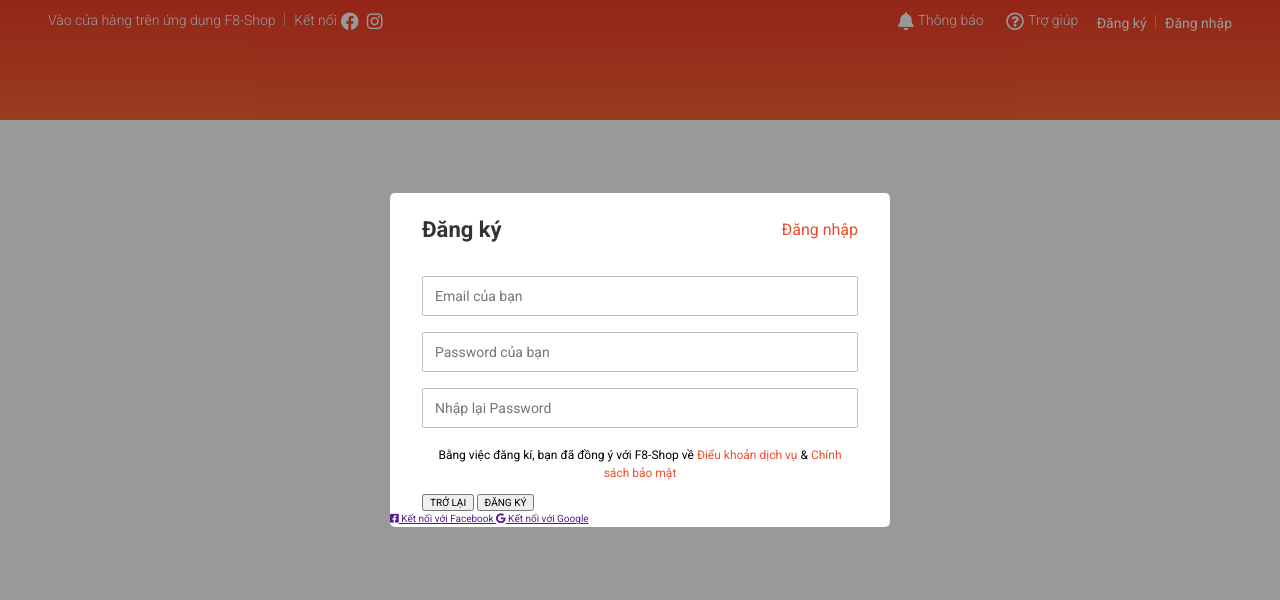
Repository: tvhoangit/tvhoangit.github.io
Page: Shoppe/index.html
The author's editor kept a copy of each file at every save. The page is drawn from the files as they stood at one save, then again after the next save.
The browser window is 1280 px wide. The pictures show the whole page.

Above is the page before, as saved 2021-10-17 11:18:34.

### Shoppe/index.html
<!DOCTYPE html>
<html lang="en">
<head>
    <meta charset="UTF-8">
    <meta http-equiv="X-UA-Compatible" content="IE=edge">
    <meta name="viewport" content="width=device-width, initial-scale=1.0">
    <title>Document</title>
    <link rel="stylesheet" href="https://cdnjs.cloudflare.com/ajax/libs/normalize/8.0.1/normalize.min.css">
    <link rel="stylesheet" href="./assets/css/base.css">
    <link rel="stylesheet" href="./assets/css/main.css">
    <link rel="stylesheet" href="./assets/fonts/fontawesome-free-5.15.4-web/fontawesome-free-5.15.4-web/css/all.min.css">
    <link href="https://fonts.googleapis.com/css2?family=Open+Sans&family=Roboto:wght@300;400;500;700;900&display=swap" rel="stylesheet">
</head>
<body>

    <div class="app">
        <header class="header">
            <div class="grid">
                <nav class="header__navbar">
                    <ul class="header__navbar-list">
                        <li class="header__navbar-item header__navbar-item--qr header__navbar-item--separate">
                            Vào cửa hàng trên ứng dụng F8-Shop
                            <div class="header__qr">
                                <img src="./assets/img/QR.png" alt="QR code" class="header__qr-img">
                                <div class="header__qr-apps">
                                    <a href="" class="header__qr-link">
                                        <img src="./assets/img/gg_play.jpg" alt="GG Play" class="header__qr-dowload-img">
                                    </a>
                                    <a href="" class="header__qr-link">
                                        <img src="./assets/img/apstore.jpg" alt="ApStore" class="header__qr-dowload-img">
                                    </a>
                                </div>
                            </div>
                        </li>
                        <li class="header__navbar-item">
                            <span class="header__navbar-title--no-pointer">Kết nối</span>
                            <a href="" class="header__navbar-icon-link">
                                <i class="header__navbar--icon fab fa-facebook"></i>
                            </a>
                            <a href="" class="header__navbar-icon-link">
                                <i class="header__navbar--icon fab fa-instagram"></i>
                            </a>
                        </li>
                    </ul>

                    <ul class="header__navbar-list">
                        <li class="header__navbar-item header__navbar-item--has-notify">
                            <i class="header__navbar--icon fas fa-bell"></i>
                            <a href="" class="header__navbar-item-link">Thông báo</a>
                            <div class="header__notify">
                                <header class="header__notify--header">
                                    <h3>Thông báo mới nhận</h3>
                                </header>
                                <ul class="header__notify-list">
                                    <li class="header__notify-item header__notify-item--viewed">
                                        <a href="" class="header__notify-link">
                                            <span>
                                                <img src="./assets/img/myphamohui.png" alt="" class="header__notify-img">
                                            </span>
                                            <div class="header__notify-info">
                                                <span class="header__notify-name">Mỹ phẩm Ohui chính hãng</span>
                                                <span class="header__notify-description">Mô tả</span>
                                            </div>
                                        </a>
                                    </li>
                                    <li class="header__notify-item">
                                        <a href="" class="header__notify-link">
                                            <span>
                                                <img src="./assets/img/myphamohui.png" alt="" class="header__notify-img">
                                            </span>
                                            <div class="header__notify-info">
                                                <span class="header__notify-name">Mỹ phẩm Ohui chính hãng</span>
                                                <span class="header__notify-description">Mô tả</span>
                                            </div>
                                        </a>
                                    </li>
                                    <li class="header__notify-item">
                                        <a href="" class="header__notify-link">
                                            <span>
                                                <img src="./assets/img/myphamohui.png" alt="" class="header__notify-img">
                                            </span>
                                            <div class="header__notify-info">
                                                <span class="header__notify-name">Mỹ phẩm Ohui chính hãng</span>
                                                <span class="header__notify-description">Mô tả</span>
                                            </div>
                                        </a>
                                    </li>
                                </ul>
                                <div class="header__notify-footer">
                                    <a href="" class="header__notify-footer-btn">Xem tất cả</a>
                                </div>
                            </div>
                        </li>
                        <li class="header__navbar-item">
                            <i class="header__navbar--icon far fa-question-circle"></i>
                            <a href="" class="header__navbar-item-link">Trợ giúp</a>
                        </li>
                        <li class="header__navbar-item header__navbar-item--strong header__navbar-item--separate">Đăng ký</li>
                        <li class="header__navbar-item header__navbar-item--strong">Đăng nhập</li>
                    </ul>
                </nav>
            </div>
        </header>
    </div>
    <div class="container">


    </div>
    <div class="footer">

    </div>


    <!-- Form Đăng ký đăng nhập -->
    <div class="modal">
        <div class="modal__overlay">

        </div>
        <div class="modal__body">
                <!-- authen form -->
            <div class="auth-form">
                <div class="auth-form__container">
                    <div class="auth-form__header">
                        <h3 class="auth-form__heading">Đăng ký</h3>
                        <span class="auth-form__switch-btn">Đăng nhập</span>
                    </div>
                    <div class="auth-form__form">
                        <div class="auth-form__group">
                            <input type="text" class="auth-form__input" placeholder="Email của bạn">
                        </div>
                        <div class="auth-form__group">
                            <input type="password" class="auth-form__input" placeholder="Password của bạn">
                        </div>
                        <div class="auth-form__group">
                            <input type="password" class="auth-form__input" placeholder="Nhập lại Password">
                        </div>
                    </div>
                    <div class="auth-form__aside">
                        <p class="auth-form__policy-text">
                            Bằng việc đăng kí, bạn đã đồng ý với F8-Shop về
                            <a href="" class="auth-form__text-link">Điểu khoản dịch vụ </a>&
                            <a href="" class="auth-form__text-link">Chính sách bảo mật</a>
                        </p>
                    </div>
                    <div class="auth-form__controls">
                        <button class="btn">TRỞ LẠI</button>
                        <button class="btn btn--primary">ĐĂNG KÝ</button>
                    </div>
                </div>
                <div class="auth-form__socials">
                    <a href="" class="btn btn--width-icon">
                        <i class="fab fa-facebook-square"></i>
                        Kết nối với Facebook
                    </a>
                    <a href="" class="btn btn--width-icon">
                        <i class="fab fa-google"></i>
                        Kết nối với Google
                    </a>
                </div>
            </div>
        </div>
    </div>

</body>
</html>

### Shoppe/assets/css/base.css
:root{
    --primary-color: #EE4D2D;
    --white-color: #fff;
    --black-color: #000;
    --text-color: #333;
    --border-color: #bdbdbd;
}

*{
    box-sizing: inherit;
}

html{
    font-size: 62.5%;
    line-height: 1.6rem;
    font-family: 'Roboto', sans-serif;
    box-sizing: border-box;
}

.grid{
    width: 1200px;
    max-width: 100%;
    margin: 0 auto;
}

.grid__full-width{
    width: 100%;
}

.grid__row{
    display: flex;
    flex-wrap: wrap;
}

/* Animation */
@keyframes fadeIn {
    from {
        opacity: 0;
    }
    to {
        opacity: 1;
    }
}
/* Modal */
.modal {
    position: fixed;
    top: 0;
    right: 0;
    bottom: 0;
    left: 0;
    display: flex;
}
.modal__overlay {
    position: absolute;
    width: 100%;
    height: 100%;
    background-color: rgba(0, 0, 0, 0.4);
}
.modal__body {
    background-color: var(--white-color);
    margin: auto;
    position: relative;
    z-index: 1;
    border-radius: 5px;
}

### Shoppe/assets/css/main.css
.header {
    height: 120px;
    background-image: linear-gradient(0, #fe6433, #f53e28);
}
.header__navbar {
    display: flex;
    justify-content: space-between;
    padding-top: 8px;
}
.header__navbar-list {
    list-style: none;
    padding-left: 0;
    margin-top: 4px;
}
.header__navbar-item {
    display: inline-block;
    margin: 0 8px 0px 8px;
    position: relative;
    min-height: 26px;
}
.header__navbar-item--qr:hover .header__qr {
    display: block;
}
.header__navbar-item--has-notify:hover .header__notify {
    display: block;
}
.header__navbar-item,
.header__navbar-item-link {
    font-size: 1.4rem;
    color: var(--white-color);
    text-decoration: none;
    font-weight: 300;
}
.header__navbar-item:hover,
.header__navbar-icon-link:hover,
.header__navbar-item-link:hover {
    color: rgba(255, 255, 255, 0.7);
    cursor: pointer;
}
.header__navbar-item,
.header__navbar-item-link,
.header__navbar-icon-link{
    display: inline-flex;
    text-align: center;
}
.header__navbar-item--strong {
    font-weight: 400;
}
.header__navbar-item--separate::after {
    content: "";
    display: block;
    position: absolute;
    border-left: 1px solid #FB9086;
    height: 14px;
    right: -9px;
    top: 25%;
    transform: translateY(-50%);
}
.header__navbar-icon-link {
    color: var(--white-color);
    text-decoration: none;
}
.header__navbar--icon {
    font-size: 1.8rem;
    margin: 0 4px;
}
.header__navbar-title--no-pointer {
    cursor: text;
    color: var(--white-color);
}
.header__qr {
    width: 186px;
    background-color: var(--white-color);
    position: absolute;
    left: 0;
    top: 100%;
    padding: 8px;
    border-radius: 2px;
    display: none;
    animation: fadeIn ease 0.3s;
}
.header__qr-img {
    width: 100%;
}
.header__qr-apps {
    display: flex;
    justify-content: space-between;
}
.header__qr-link {
    margin: 0px 11px;
}
.header__qr-dowload-img {
    height: 15px;
}

/* Header notification */
.header__notify {
    position: absolute;
    top: 100%;
    width: 404px;
    right: 0;
    border: 1px solid #D3D3D3;
    background-color: var(--white-color);
    cursor: default;
    /* lấy tâm để dịch chuyển */
    transform-origin: calc(100% - 20px) top;
    animation: headerNotifyGrowth ease-in 0.2s;
    /* nói cho web biết thuộc tính gì sẽ thay đổi để tối ưu hơn */
    will-change: opacity, transform;
    display: none;
}
.header__notify::before {
    content: "";
    border-width: 20px 27px;
    border-style: solid;
    border-color: transparent transparent var(--white-color) transparent;
    position: absolute;
    right: 4px;
    top: -30px;
}
@keyframes headerNotifyGrowth {
    from {
        opacity: 0;
        transform: scale(0);
    }
    to {
        opacity: 1;
        transform: scale(1);
    }
}
.header__notify--header {
    height: 40px;
    background-color: var(--white-color);
    margin-top: -15px;
}
.header__notify--header h3 {
    color: #999;
    margin-right: 237px;
    font-weight: 400;
    font-size: 1.5rem;
    line-height: 40px;

}
.header__notify-list {
    padding-left: 0;
}
.header__notify-item {
    display: flex;
}
.header__notify-item:hover {
    background-color: #f7f7f7;
}
.header__notify-item--viewed {
    background-color: rgba(238,75,43,0.08);
}
.header__notify-link {
    display: flex;
    width: 100%;
    padding: 12px;
    text-decoration: none;
}
.header__notify-img {
    width: 48px;
}
.header__notify-info {
    margin-left: 12px;
}
.header__notify-name {
    display: block;
    font-size: 1.4rem;
    color: var(--text-color);
    font-weight: 400;
    line-height: 1.8rem;
}
.header__notify-description {
    display: block;
    font-size: 1.2rem;
    line-height: 1.6rem;
    color: #756F6E;
    text-align: left;
    margin-top: 4px;;
}
.header__notify-footer {
    height: 40px;
}
.header__notify-footer-btn {
    text-decoration: none;
    line-height: 40px;
    color: var(--text-color);
    padding: 8px 32px;
    font-weight: 400;
}

/* Authen modal */
.auth-form {
    width: 500px;
}
.auth-form__container {
    padding: 0 32px;
}
.auth-form__header {
    display: flex;
    align-items: center;
    justify-content: space-between;
    padding-top: 7px;
}
.auth-form__heading {
    font-size: 2.2rem;
    font: weight 400px;
    color: var(--text-color);
}
.auth-form__switch-btn {
    font-size: 1.6rem;
    color: var(--primary-color);
    font-weight: 400;
    cursor: pointer;
}
.auth-form__form {
}
.auth-form__input {
    width: 100%;
    height: 40px;
    margin-top: 16px;
    padding: 0 12px;
    font-size: 1.4rem;
    border: 1px solid var(--border-color);
    border-radius: 2px;
    outline: none;
}
.auth-form__input:focus {
    border-color: #888;
}
.auth-form__aside {
    margin-top: 18px;
}
.auth-form__policy-text {
    font-size: 1.2rem;
    line-height: 1.8rem;
    text-align: center;
    padding: 0 12px;
}
.auth-form__text-link {
    text-decoration: none;
    color: var(--primary-color);
}

Loaded but not shown: Shoppe/assets/fonts/fontawesome-free-5.15.4-web/fontawesome-free-5.15.4-web/css/all.min.css (library)

After the next save:
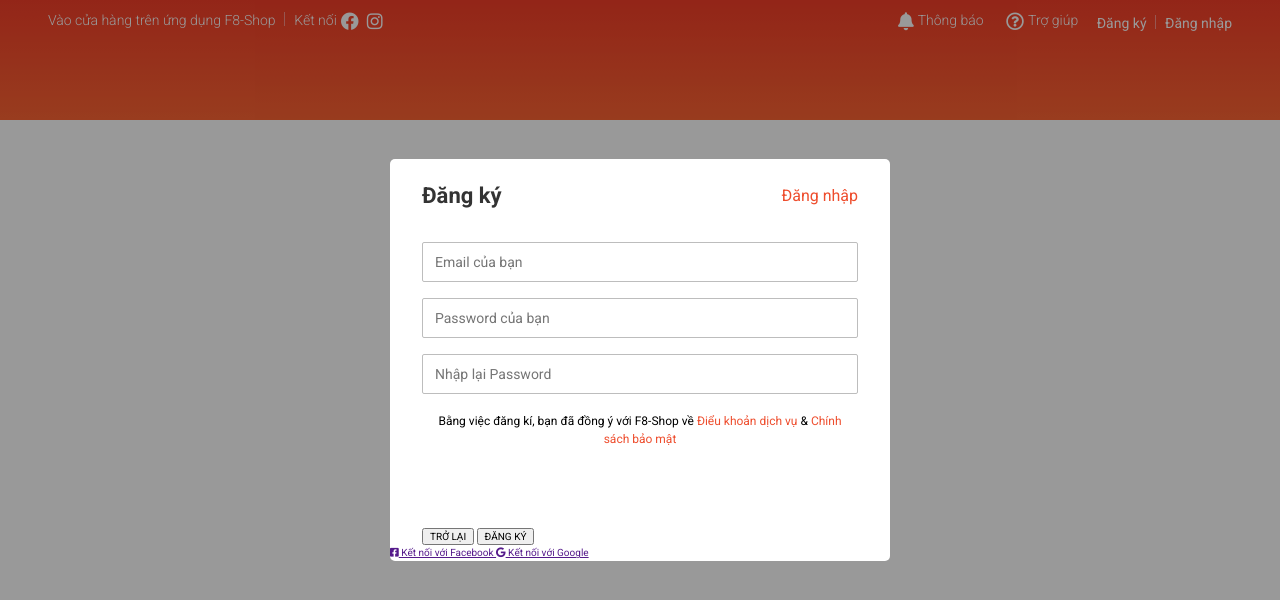
Saved 34 s later.
--- a/Shoppe/assets/css/main.css
+++ b/Shoppe/assets/css/main.css
@@ -243,3 +243,6 @@
     text-decoration: none;
     color: var(--primary-color);
 }
+.auth-form__controls {
+    margin-top: 80px;
+}
